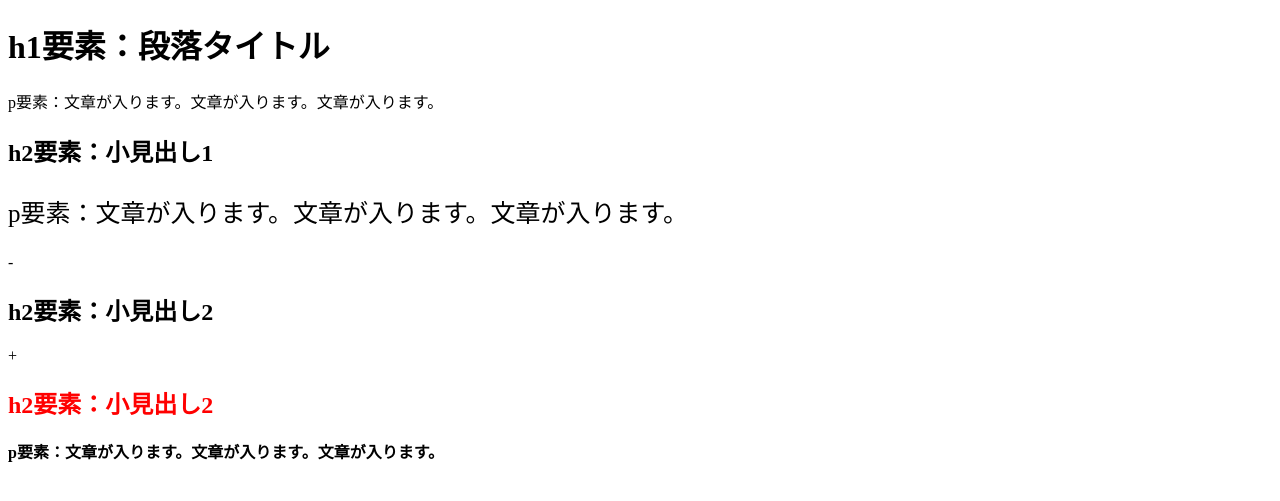
Repository: Miya0223/samurai_HTML-CSS
Page: index.html
The author's editor kept a record of every edit. The page is drawn from the files as they stood at one moment, then again after the next edit.
The browser window is 1280 px wide. The pictures show the whole page.

Above is the page before.

After the next edit:
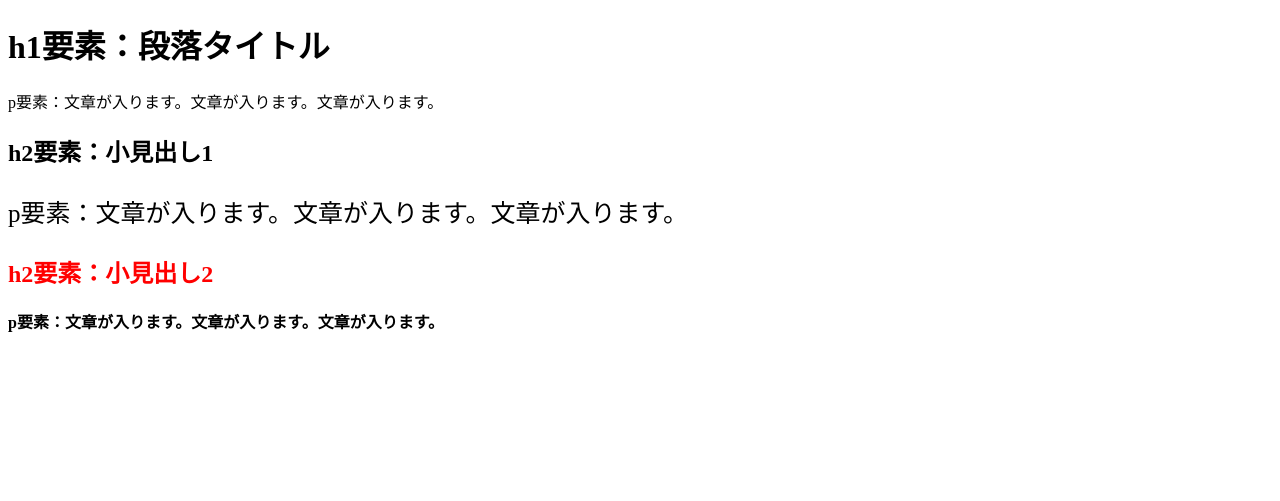
The edit:
--- a/index.html
+++ b/index.html
@@ -16,8 +16,7 @@
     <p style="font-size: 25px;">
       p要素：文章が入ります。文章が入ります。文章が入ります。
     </p>
--    <h2>h2要素：小見出し2</h2>
-+    <h2 id="red">h2要素：小見出し2</h2>
+     <h2 id="red">h2要素：小見出し2</h2>
     <p style="font-weight: bold;">
       p要素：文章が入ります。文章が入ります。文章が入ります。
     </p>
